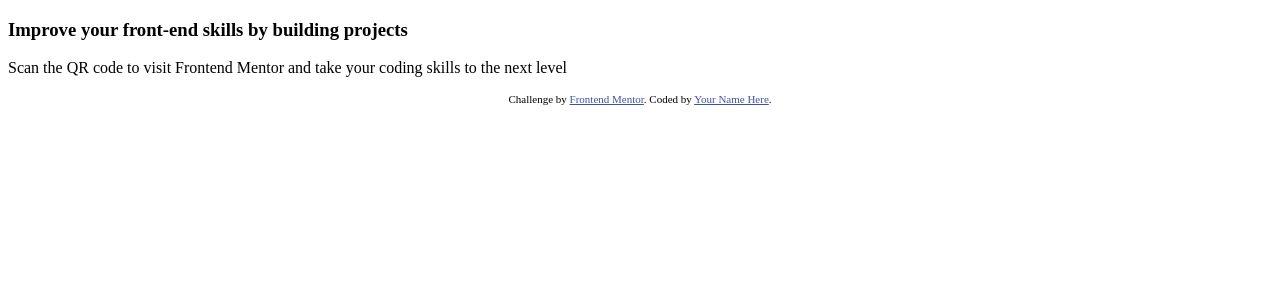
Repository: Arkitecth/QR-Code-Component
Page: index.html
An editor plug-in stored every save of this project. The page is shown before and after the next save, followed by the edit.
The browser window is 1280 px wide. The pictures show the whole page.

Above is the page before, as saved 2023-05-30 16:51:23.

### index.html
<!DOCTYPE html>
<html lang="en">
<head>
  <meta charset="UTF-8">
  <meta name="viewport" content="width=device-width, initial-scale=1.0"> <!-- displays site properly based on user's device -->

  <link rel="icon" type="image/png" sizes="32x32" href="./images/favicon-32x32.png">

  <title>Frontend Mentor | QR code component</title>

  <!-- Feel free to remove these styles or customise in your own stylesheet 👍 -->
  <style>
    .attribution { font-size: 11px; text-align: center; }
    .attribution a { color: hsl(228, 45%, 44%); }
  </style>
</head>
<body>

  <div class="card">
    <h3>Improve your front-end skills by building projects</h3>
    <p>Scan the QR code to visit Frontend Mentor and take your coding skills to the next level</p>
  </div>


  <div class="attribution">
    Challenge by <a href="https://www.frontendmentor.io?ref=challenge" target="_blank">Frontend Mentor</a>.
    Coded by <a href="#">Your Name Here</a>.
  </div>
</body>
</html>

After the next save:
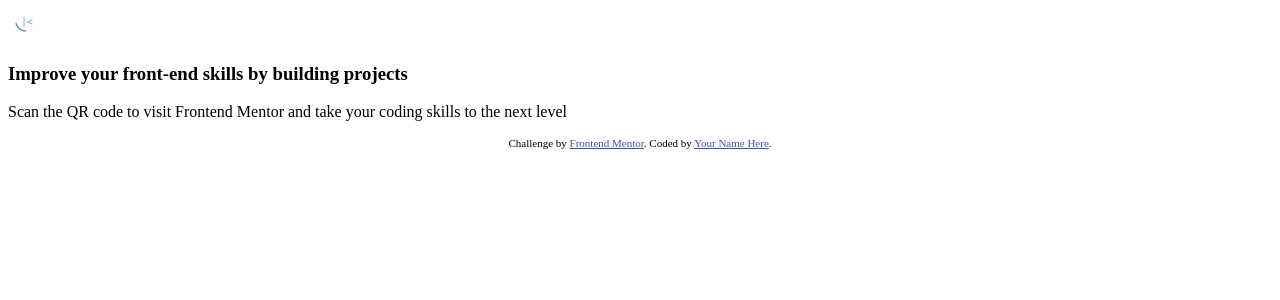
Saved 22 s later.
--- a/index.html
+++ b/index.html
@@ -17,6 +17,7 @@
 <body>
 
   <div class="card">
+    <img src="images/favicon-32x32.png" alt="">
     <h3>Improve your front-end skills by building projects</h3>
     <p>Scan the QR code to visit Frontend Mentor and take your coding skills to the next level</p>
   </div>
